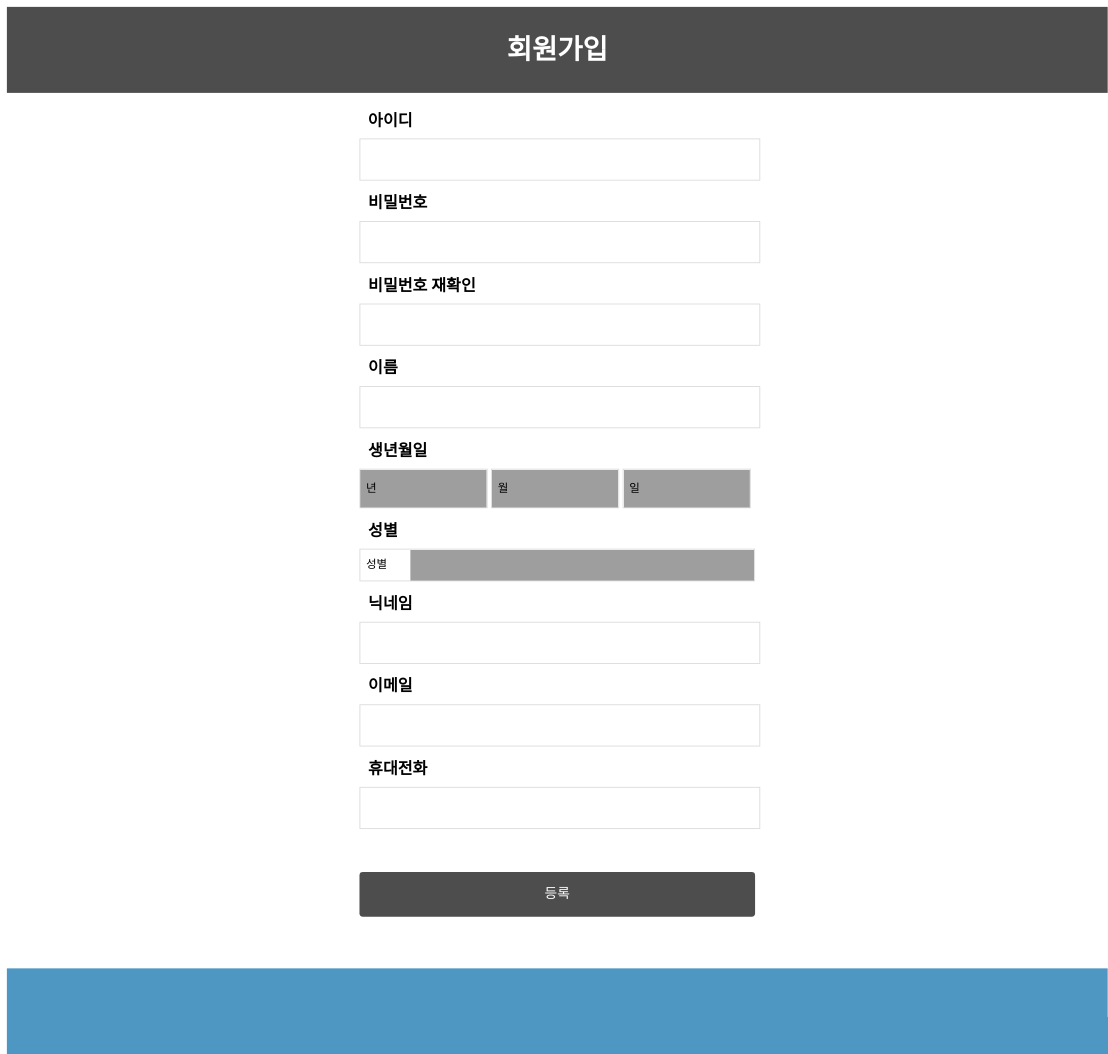
Repository: agheha/trillion
Page: YH/study_project/html/signup.html
These files come from the project's save history. The page is drawn as it stood at one moment and after a run of saves; the edit follows.
The browser window is 1280 px wide. The page is 1288 px wide, so the pictures cover 1288 px, including what lies to the right of the window. The pictures show the whole page, at 86% of full size.
Pictures or frames that could not be fetched are drawn as grey boxes.

Above is the page before, as saved 2019-09-04 17:22:09.

### YH/study_project/html/signup.html
<!DOCTYPE html>
<html lang="en">
<head>
    <meta charset="UTF-8">
    <meta name="viewport" content="width=device-width, initial-scale=1.0">
    <meta http-equiv="X-UA-Compatible" content="ie=edge">
    <title>Document</title>
    <link rel="stylesheet" href="./../css/signup.css">
</head>
<body>
    <header><h1>회원가입</h1></header>
    <form>
        <fieldset>
                <div>
                    <h3>아이디</h3>
                    <div><input class="user_id" type="text" name="msg"></div>
                    <h3>비밀번호</h3>
                    <div><input type="password" name="pass"></div>
                    <h3>비밀번호 재확인</h3>
                    <div><input type="password" name="pass"></div>
                    <h3>이름</h3>
                    <div><input type="text" name="name"></div>
                    <h3>생년월일</h3>
                    <div>
                        <select id="birth_year" name="year">
                            <option value="1990">1990</option>
                            <option value="1991">1991</option>
                            <option value="1992">1992</option>
                            <option value="1993">1993</option>
                            <option value="1994">1994</option>
                            <option value="1995">1995</option>
                            <option value="1996">1996</option>
                            <option value="1997">1997</option>
                            <option value="1998">1998</option>
                            <option value="1999">1999</option>
                            <option value="2001">2001</option>
                            <option value="2002">2002</option>
                            <option value="2003">2003</option>
                            <option value="2004">2004</option>
                            <option value="2005">2005</option>
                            <option value="2006">2006</option>
                            <option value="2007">2007</option>
                            <option value="2008">2008</option>
                            <option value="2009">2009</option>
                            <option value="2010">2010</option>
                            <option value="2011">2011</option>
                            <option value="2012">2012</option>
                            <option value="2013">2013</option>
                            <option value="2014">2014</option>
                            <option value="2015">2015</option>
                            <option value="2016">2016</option>
                            <option value="2017">2017</option>
                            <option value="2018">2018</option>
                            <option value="2019">2019</option>
                            <option value="0" selected>년</option>
                        </select>
                        <select id="birth_month" name="month">
                            <option value="1">1</option>
                            <option value="2">2</option>
                            <option value="3">3</option>
                            <option value="4">4</option>
                            <option value="5">5</option>
                            <option value="6">6</option>
                            <option value="7">7</option>
                            <option value="8">8</option>
                            <option value="9">9</option>
                            <option value="10">10</option>
                            <option value="11">11</option>
                            <option value="12">12</option>
                        <option value="0" selected>월</option>
                    </select>
                        <select id="birth_date" name="date">
                            <option value="1">1</option>
                            <option value="2">2</option>
                            <option value="3">3</option>
                            <option value="4">4</option>
                            <option value="5">5</option>
                            <option value="6">6</option>
                            <option value="7">7</option>
                            <option value="8">8</option>
                            <option value="9">9</option>
                            <option value="10">10</option>
                            <option value="11">11</option>
                            <option value="12">12</option>
                            <option value="13">13</option>
                            <option value="14">14</option>
                            <option value="15">15</option>
                            <option value="16">16</option>
                            <option value="17">17</option>
                            <option value="18">18</option>
                            <option value="19">19</option>
                            <option value="20">20</option>
                            <option value="21">21</option>
                            <option value="22">22</option>
                            <option value="23">23</option>
                            <option value="24">24</option>
                            <option value="25">25</option>
                            <option value="26">26</option>
                            <option value="27">27</option>
                            <option value="28">28</option>
                            <option value="29">29</option>
                            <option value="30">30</option>
                            <option value="31">31</option>
                         <option value="0" selected>일</option>
                        </select>
                </div>
                <h3>성별</h3>
                <div>
                     <select id="gender" name="gender">
                        <option value="1">남자</option>
                        <option value="2">여자</option>
                        <option value="0" selected>성별</option>
                    </select>
                </div>
                <h3>닉네임</h3>
                <div><input type="password" name="nicname"></div>
                <h3>이메일</h3>
                <div><input type="email" name="email" required></div>
                <h3>휴대전화</h3>
                <div><input type="text" name="phnum"></div>
                <div><a class="btn" id="loginBtn" href="">등록</a></div>
            </div>
        </fieldset>
        <footer></footer>
    </form>
</body>
</html>

### YH/study_project/css/signup.css
body,html {
    width : 100%;
    height: 100%;
}
input{
    width: 100%;
    height: 45px;
    border: 1px solid #dadada;
    font-size: 15px;
}

#gender{
    width: 100%;
    height: 100%;
    border: 1px solid #dadada;
    padding: .8em .5em;
    font-family: inherit;
    background: #FFF url(https://static.nid.naver.com/images/join/pc/sel_arr_2x.gif) 100% 50% no-repeat;
    border-radius: 0px;
    -webkit-appearance: none;
    -moz-appearance: none;
    appearance: none;
}
#birth_year,#birth_month,#birth_date {
    width: 149px;
    height: 46px;
    border: 1px solid #dadada;
    padding: .8em .5em;
    font-family: inherit;
    background: #FFF url(https://static.nid.naver.com/images/join/pc/sel_arr_2x.gif) 100% 50% no-repeat;
    border-radius: 0px;
    -webkit-appearance: none;
    -moz-appearance: none;
    appearance: none;

}
h1 {
    text-align: center;
    color : white;
    margin : 0 auto;
    line-height: 100px;
}
h3 {
    margin : 10px;

}
fieldset {
    width: 890px;
    margin : 0 auto;
    border : none;
}
fieldset > div {
    width: 460px;
    margin : 0 auto;
}
header{
    height: 100px;
    width: 100%;
    background: #4d4d4d ;
}
footer {
    height: 100px;
    width: 100%;
    background:#4E97C2 ;
}
.btn{
    color: #fff;
    background-color: #4d4d4d;
    border-color: #404040;
    display: block;
    width : 100%;
    height: 52px;
    border-radius: 4px;
    line-height: 50px;
    text-align: center;
    margin-top: 50px;
    margin-bottom: 50px;
    text-decoration: none;
}

After the next 2 saves:
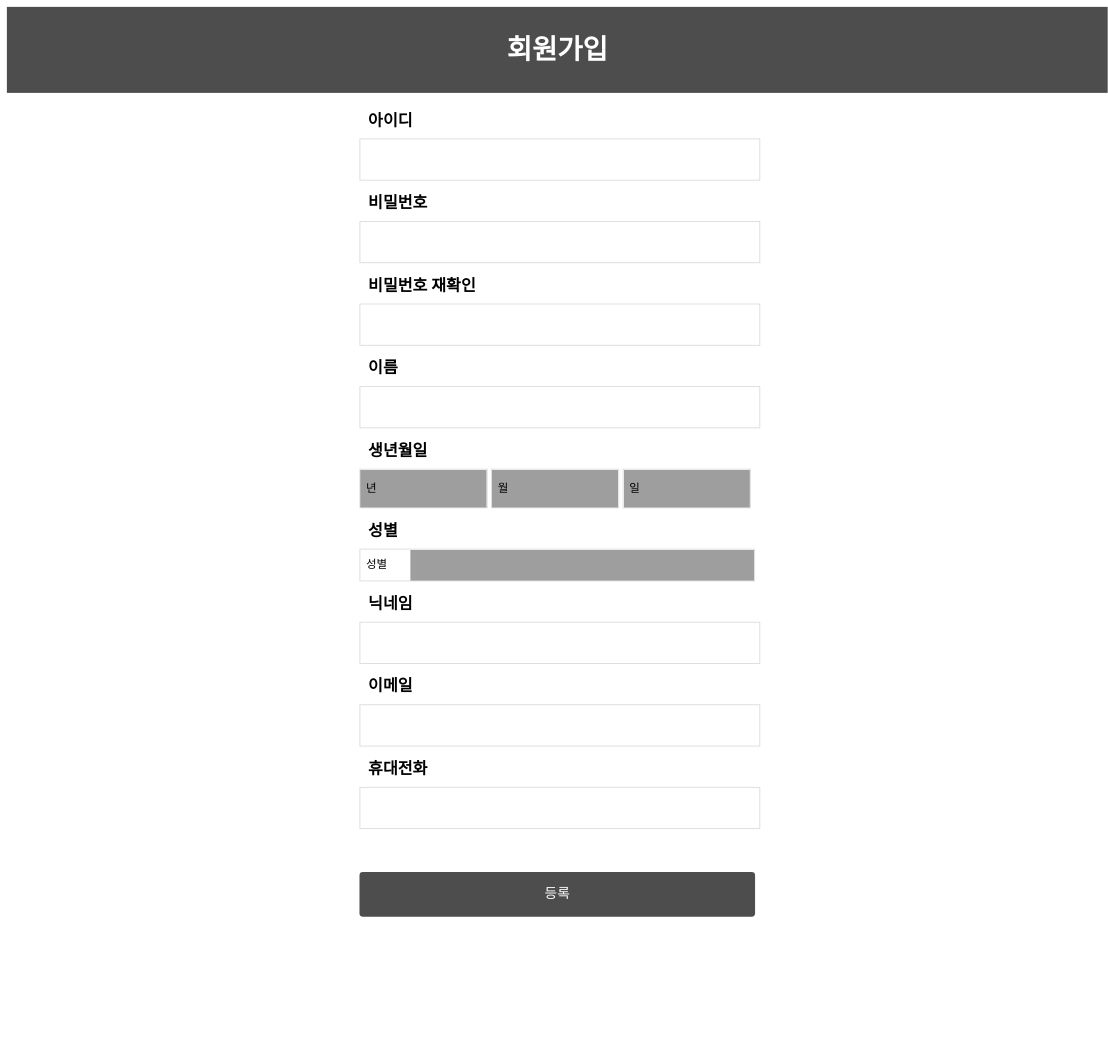
The 2 saves are shown as one change because they came seconds apart.
The last was saved 6 s later.
--- a/YH/study_project/css/signup.css
+++ b/YH/study_project/css/signup.css
@@ -61,7 +61,6 @@ header{
 footer {
     height: 100px;
     width: 100%;
-    background:#4E97C2 ;
 }
 .btn{
     color: #fff;
